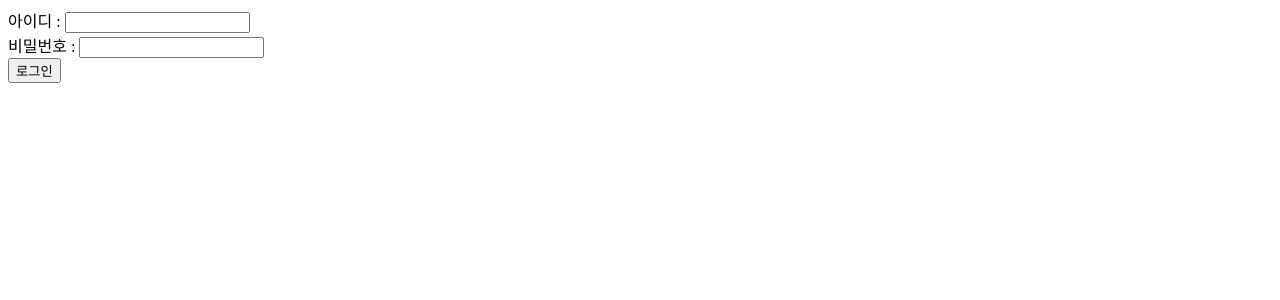
Repository: MyeongHyeonYoo/jsp_data
Page: pro06/src/main/webapp/login.html
The author's editor kept a copy of each file at every save. The page is drawn from the files as they stood at one save, then again after the next save.
The browser window is 1280 px wide. The pictures show the whole page.

Above is the page before, as saved 2022-12-05 05:57:56.

### pro06/src/main/webapp/login.html
<!DOCTYPE html>
	<html>
	<head>
	<meta charset="UTF-8">
	<title>로그인 창</title>
	</head>
	<body>
		<form name="frmLogin" action="login" enctype="UTF-8">
			아이디 : <input type="text" name="user_id"><br>
			비밀번호 : <input type="password" name="user_pw"><br>
			<input type="submit" value="로그인"><input"reset" value"다시입력">
		</form>
	</body>
</html>

After the next save:
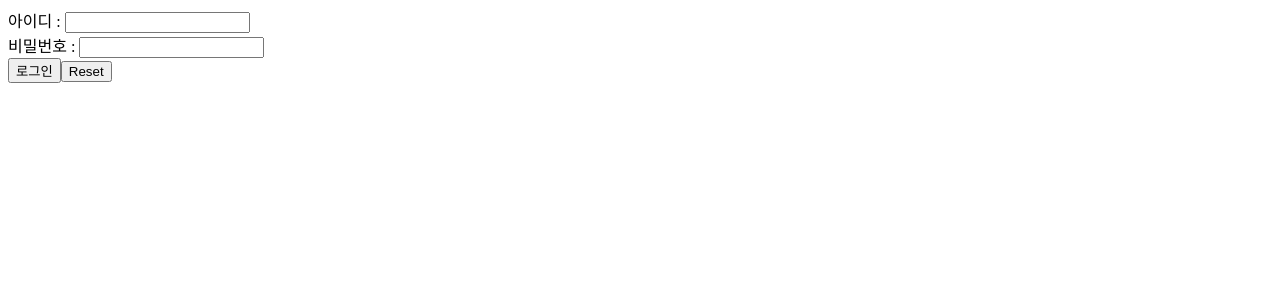
Saved 9 s later.
--- a/pro06/src/main/webapp/login.html
+++ b/pro06/src/main/webapp/login.html
@@ -8,7 +8,7 @@
 		<form name="frmLogin" action="login" enctype="UTF-8">
 			아이디 : <input type="text" name="user_id"><br>
 			비밀번호 : <input type="password" name="user_pw"><br>
-			<input type="submit" value="로그인"><input"reset" value"다시입력">
+			<input type="submit" value="로그인"><input type="reset" value"다시입력">
 		</form>
 	</body>
 </html>
